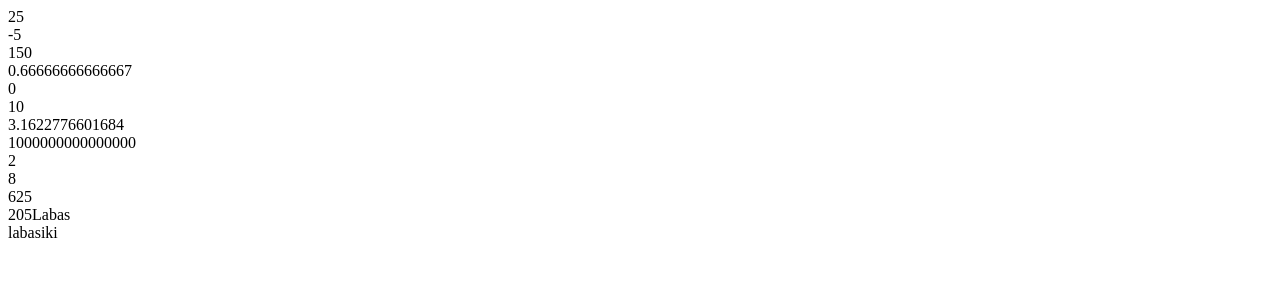
Repository: motiejus1/02-paskaita-PHP-05.31
Page: http://localhost/
The author's editor kept a copy of each file at every save. The page is drawn from the files as they stood at one save, then again after a run of saves.
The browser window is 1280 px wide. The pictures show the whole page.
The page is run by PHP 8.4 with error messages shown; the project is at /var/www/html/.

Above is the page before, as saved 2021-07-23 18:40:14.

### index.php
<!DOCTYPE html>
<html lang="en">
<head>
    <meta charset="UTF-8">
    <meta http-equiv="X-UA-Compatible" content="IE=edge">
    <meta name="viewport" content="width=device-width, initial-scale=1.0">
    <title>02-paskaita</title>
</head>
<body>
    <?php
    //Operatoriai ir matematiniai veiksmai
    $sk1 = 10;
    $sk2 = 15;

    //Suma
    $suma = $sk1 + $sk2;
    echo $suma;

    //Atimtis
    $atimtis = $sk1 - $sk2;
    echo "<br>";
    echo $atimtis;

    //Daugyba
    $daugyba = $sk1 * $sk2;
    echo "<br>";
    echo $daugyba;

    //Dvi dalybas: paprasta dalyba ir liekana
    $dalyba = $sk1 / $sk2; // 10/15 = 0.666666666
    echo "<br>";
    echo $dalyba;
    // grazintu tiktai sveikaja dali
    $dalybosSveikojiDalis = intval($dalyba); // 10/15 = 0
    echo "<br>";
    echo $dalybosSveikojiDalis;

    //Liekana
    $liekana = $sk1 % $sk2; // 10 % 15 = 10
    echo "<br>";
    echo $liekana;

    //kvadratine saknis
    $saknis = sqrt($sk1);// 10 //Math.sqrt
    echo "<br>";
    echo $saknis;

    //kelimas laipsniu
    $laipsnis = $sk1 ** $sk2; // 10^15
    echo "<br>";
    echo $laipsnis;

    //bet kokio laipsnio saknis
    // 4 laipsnio sakni
    $sk1 = 16;
    $ntojisaknis = $sk1 ** (1/4); // 2
    echo "<br>";
    echo $ntojisaknis;

    //pow - deprecated

    $veiksmas = 2 * (2 + 2); //6 -> 8
    echo "<br>";
    echo $veiksmas;

    //kelimas 4 laipsniu
    $ketvirtaslaipsnis = 5 ** 4;
    echo "<br>";
    echo $ketvirtaslaipsnis;
    ?>

    <?php
    //Tekstas + skaicius;
    $skaicius = 205;
    $tekstas = "Labas";

    $suma = $skaicius . $tekstas;

    echo "<br>";
    echo $suma;


    //negalimas

    // $atimtis = $skaicius - $tekstas;

    // echo "<br>";
    // echo $atimtis;

    $tekstas1 = "labas";
    $tekstas2 = "iki";

    $sujunk = $tekstas1 . $tekstas2;
    echo "<br>";
    echo  $sujunk;
    ?>

    <?php
    $a = 2;
    $b = 5;
    $a = $b; //$a ? 5




    ?>
</body>
</html>

After the next 2 saves:
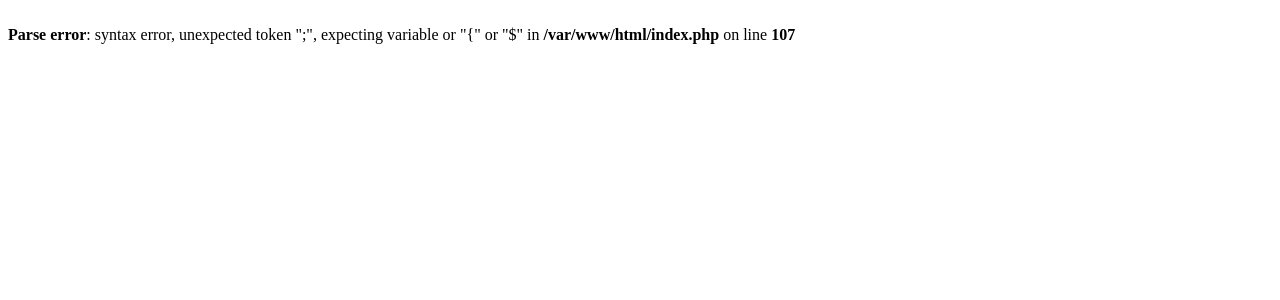
The 2 saves are shown as one change because they came seconds apart.
The last was saved 14 s later.
--- a/index.php
+++ b/index.php
@@ -100,7 +100,8 @@
     $b = 5;
     $a = $b; //$a ? 5
 
-
+    //Sumos sutrumpinimas
+    $
 
 
     ?>

After the 6 saves that followed:
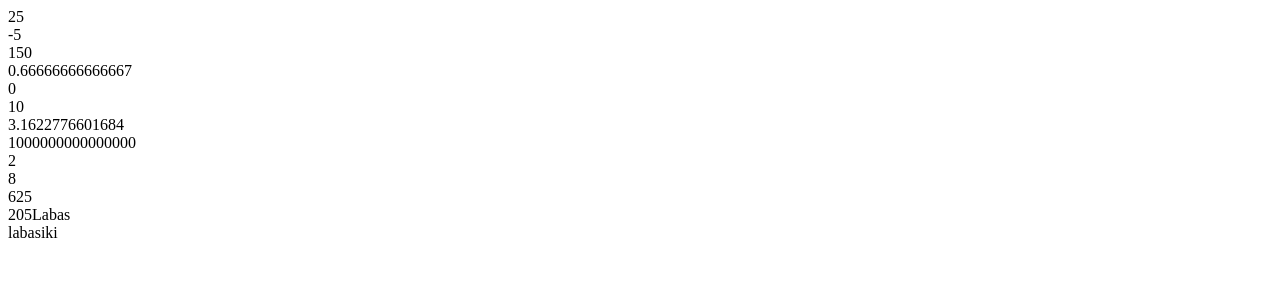
The 6 saves are shown as one change because they came seconds apart.
The last was saved 16 s later.
--- a/index.php
+++ b/index.php
@@ -101,7 +101,7 @@
     $a = $b; //$a ? 5
 
     //Sumos sutrumpinimas
-    $
+    $a += $b; // $
 
 
     ?>
